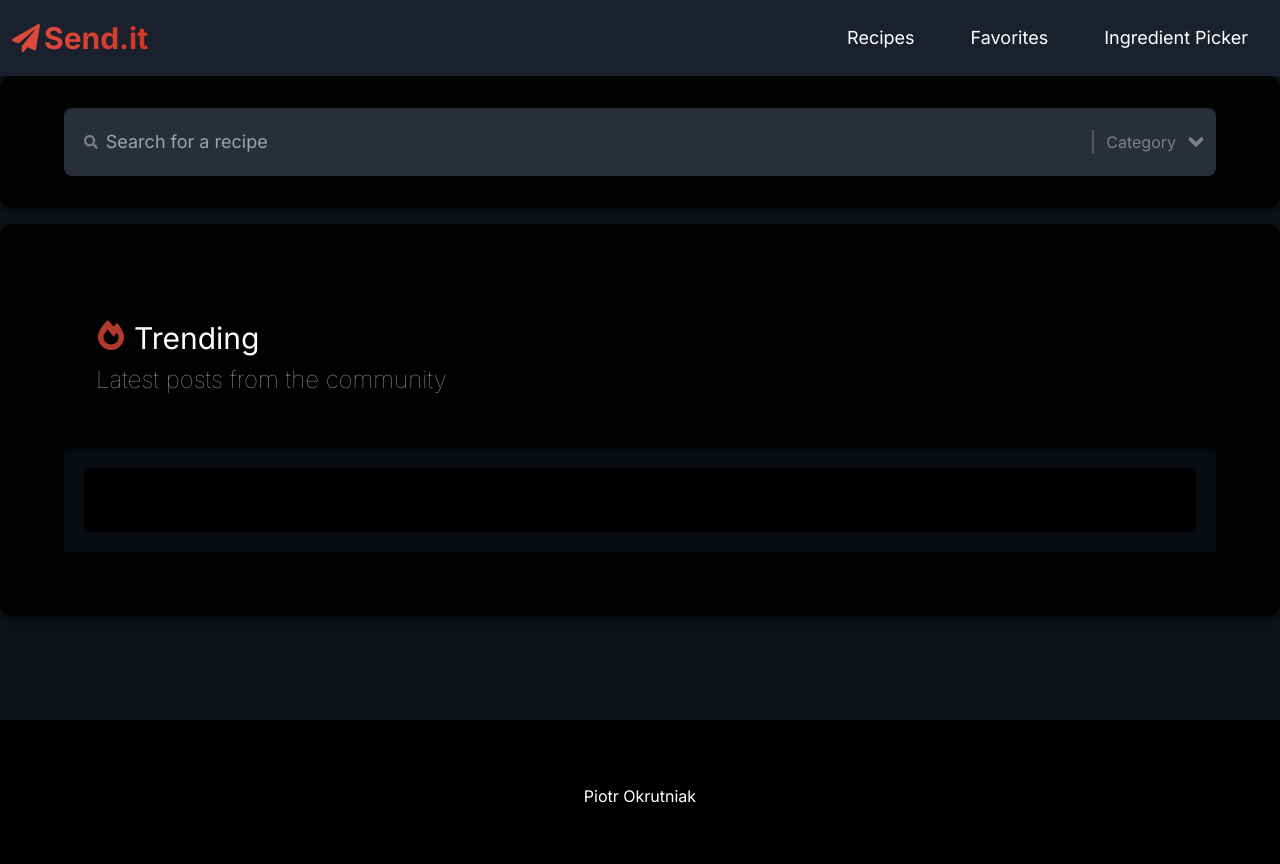
Repository: piotrokrutniak/recipefy
Page: /
An editor plug-in stored every save of this project. The page is shown before and after the next save, followed by the edit.
The browser window is 1280 px wide. The pictures show the whole page.
The page's requests for data from a server got no answer. The project was rebuilt for these pictures with package versions that can differ from the ones it lists, and the page was loaded fresh each time. The framework's server and built-in components were replaced by stand-ins that run in the browser. No one was signed in, and anything a server would have sent is missing. Also part of the build but not shown: next.config.js, src/app/integration/jsonApi/getUser.tsx, src/app/components/posts/post.tsx.

Above is the page before, as saved 2023-10-07 01:52:34.

### src/app/layout.tsx
import './globals.css'
import type { Metadata } from 'next'
import { Inter } from 'next/font/google'
import NavBar from './components/navbar/navbar'
import Footbar from './components/footbar/footbar'

const inter = Inter({ subsets: ['latin'] })

export const metadata: Metadata = {
  title: 'Recipefy',
  description: 'Website with the tastiest recipes!',
}

export default function RootLayout({
  children,
}: {
  children: React.ReactNode
}) {
  return (
    <html lang="en">
      <body className={`${inter.className} bg-black overflow-x-hidden`}>
        <div className="bg-slate-600/20 min-h-screen pb-4">
        <NavBar/>
        {children}
        </div>
        <Footbar/>
      </body>
    </html>
  )
}

### src/app/page.tsx
import Image, { StaticImageData } from 'next/image'
import { FaMugHot, FaCookieBite, FaHamburger, FaFireAlt, FaBookmark, FaRegBookmark } from 'react-icons/fa'
import CookingSvg from './components/svgComponents/CookingSvg'
import Rating from './components/generic/rating'
import Button from './components/generic/button'

import breakfast from '../../public/media/breakfast.jpg'
import lunch from '../../public/media/lunch.jpg'
import dessert from '../../public/media/dessert.jpg'
import strawberryCake from '../../public/media/recipes/strawberryCake.jpg'
import greekMeatLoaf from '../../public/media/recipes/greekMeatLoaf.jpg'
import vanillaIceCream from '../../public/media/recipes/vanillaIceCream.jpg'
import { useState } from 'react'
import { RecipeListing } from './components/generic/recipeListing'
import { Input } from 'postcss'
import SearchBar from './components/generic/searchBar'
import PostList from './components/generic/postList'

export default function Home() {
  return (
    <main className="flex flex-col m-auto gap-4">
      {/* <section id="header-section" className='max-w-7xl bg-black/90 m-auto w-full p-8 rounded-xl mt-4 shadow-md shadow-black/40'>
      </section> */}

      <section id="searchbar-section" className='max-w-7xl bg-black/90 px-7 m-auto w-full p-8 lg:px-16 rounded-xl shadow-md shadow-black/40 flex-col'>
        <SearchBar/>
      </section>

      <section id="top-picks-section" className='max-w-7xl bg-black/90 m-auto w-full md:p-8 rounded-xl shadow-md shadow-black/40 flex-col'>
        <div className="lg:p-8 pb-14 flex flex-col gap-5">
          <div className="p-8">
            <h1 className="text-3xl text-white flex gap-2 pb-2" > <FaFireAlt className="opacity-80 fill-vermilion-400"/> Trending</h1>
            <p className="text-2xl font-thin text-white/60 flex gap-2" > Latest posts from the community</p>
          </div>
          <div className="w-full h-fit p-5 bg-slate-800/25 flex flex-col gap-4 shadow-inner shadow-black/50">
            <PostList/>
          </div>
        </div>
      </section>
    </main>
  )
}

### src/app/globals.css
@tailwind base;
@tailwind components;
@tailwind utilities;

:root {}

@media (prefers-color-scheme: dark) {
  :root {}
}

body {}

### src/app/components/navbar/navbar.tsx
"use client"

import { FaPizzaSlice, FaBars, FaPaperPlane } from "react-icons/fa"
import { BsX } from "react-icons/bs"
import Button from "../generic/button"
import { useState } from "react"
import Link from "next/link"


export default function NavBar(){
    const [showMobile, setShowMobile] = useState(false)

    return(
        <div className="bg-black/80 sticky top-0 z-20 backdrop-blur-xl">
            <div className="w-full flex bg-slate-700/50 ">
                <div className="p-3 m-auto w-full flex max-w-7xl justify-between items-center">
                    <Link href="/">
                    <div className="flex gap-1 h-fit select-none cursor-pointer active:opacity-80 hover:border-b-2 hover:pb-1 active:pb-0
                            border-opacity-0 border-vermilion-400 hover:border-opacity-100 border-b-0 transition-all">
                        <FaPaperPlane className="h-full w-7 mt-1 fill-vermilion-400"/>
                        <h1 className="text-3xl font-bold text-transparent bg-clip-text bg-gradient-to-r from-vermilion-400 to-vermilion-500">Send.it</h1>
                    </div>
                    </Link>
                    <div className="hidden text-lg gap-4 md:flex">
                        <Button className="text-white bg-transparent active:bg-slate-100/5 hover:bg-slate-200/10" onClick={undefined}>
                            Recipes
                        </Button>
                        <Button className="text-white bg-transparent active:bg-slate-100/5 hover:bg-slate-200/10" onClick={undefined}>
                            Favorites
                        </Button>
                        <Button className="text-white bg-transparent active:bg-slate-100/5 hover:bg-slate-200/10" onClick={undefined}>
                            Ingredient Picker
                        </Button>
                    </div>
                    <div className="md:hidden">
                        <FaBars className="h-10 w-10 fill-white cursor-pointer hover:fill-vermilion-400 active:opacity-80" onClick={() => setShowMobile(true)}/>
                    </div>
                    <div className={`${showMobile ? "" : "translate-x-full"} absolute w-screen h-screen bg-black left-0 top-0 md:hidden transition-all z-50 ease-in-out`}>
                    <div id="mobile-header" className="flex flex-row-reverse w-full">
                        <BsX className="fill-white w-16 h-16 cursor-pointer hover:fill-vermilion-400" onClick={() => setShowMobile(false)}/>
                    </div>
                    <div id="mobile-body">XDDDDDDDDDDDDDDDDD</div>
                    </div>
                </div>
            </div>
        </div>
    )
}

### src/app/components/footbar/footbar.tsx
export default function Footbar(){
    return(
        <div className="w-full h-20 bg-black mt-16 text-center text-white">
            Piotr Okrutniak
        </div>
    )
}

### src/app/components/generic/searchBar.tsx
"use client"
import { Dispatch, SetStateAction, useState } from "react"
import { BsX } from "react-icons/bs"
import { FaSearch, FaAngleDown } from "react-icons/fa"

export default function SearchBar(){
    const [dropdownOpened, setDropdownOpened] = useState(false)
    const [chosenOption, setChosenOption] = useState("")

    function ToggleDropdownOpened(){
        setDropdownOpened(x => !x)
    }

    return(
        <div className="bg-slate-500/40 rounded-lg flex pl-5 gap-2 items-center focus-within:bg-slate-500/50 transition-colors ease-in">
            <FaSearch className="fill-slate-50/40"/>
            <input type="text" placeholder="Search for a recipe" className="bg-transparent p-5 pl-0 text-white w-full outline-none text-lg border-none"/>

            <div className="flex text-slate-50 cursor-pointer border-l-2 pl-3 border-white/20 relative">
                <div className="flex opacity-40 hover:opacity-60 active:opacity-40 transition-opacity" onClick={() => ToggleDropdownOpened()}>

                {chosenOption || "Category"}
                <FaAngleDown className={`${dropdownOpened ? "rotate-180" : ""} fill-slate-50 w-10 h-6 transition-all`}/>
                </div>

                <div className={`${dropdownOpened ? "block" : "hidden"} absolute top-14 right-0 h-44 w-56 bg-black rounded-lg overflow-hidden`}>
                    <div className="w-full h-full bg-slate-500/50 overflow-y-auto pt-0">
                        <DropdownOption toggleDropdownOpened={ToggleDropdownOpened} setChosenOption={setChosenOption} chosenOption={chosenOption} text="Breakfast"/>
                        <DropdownOption toggleDropdownOpened={ToggleDropdownOpened} setChosenOption={setChosenOption} chosenOption={chosenOption} text="Lunch"/>
                        <DropdownOption toggleDropdownOpened={ToggleDropdownOpened} setChosenOption={setChosenOption} chosenOption={chosenOption} text="Dessert"/>
                        <DropdownOption toggleDropdownOpened={ToggleDropdownOpened} setChosenOption={setChosenOption} chosenOption={chosenOption} text="Dinner"/>
                        <DropdownOption toggleDropdownOpened={ToggleDropdownOpened} setChosenOption={setChosenOption} chosenOption={chosenOption} text="Appetizer"/>
                        <DropdownOption toggleDropdownOpened={ToggleDropdownOpened} setChosenOption={setChosenOption} chosenOption={chosenOption} text="Pastries"/>
                    </div>
                </div>
            </div>
        </div>
    )
}

function DropdownOption({setChosenOption, toggleDropdownOpened, text, chosenOption} :
    {setChosenOption: Dispatch<SetStateAction<string>>, toggleDropdownOpened: () => void, text: string, chosenOption: string}){
    const [isChecked, setIsChecked] = useState(false)

    function UnCheck(): void{
        setChosenOption("")
        setIsChecked(false)
    }

    function Check(): void{
        setChosenOption(text)
        toggleDropdownOpened()
        setIsChecked(true)
    }

    return(
        <div className={`${chosenOption == text ? "bg-black/30 font-bold" : ""} hover:bg-slate-100/10 px-3 py-2 flex justify-between`}>
                <div className="w-full" onClick={() => Check()}>
                    {text}
                </div>
                <div className="flex">
                    {chosenOption == text ? <UncheckButton onClick={UnCheck}/> : <></>}
                </div>
        </div>
    )
}

function UncheckButton({onClick} : {onClick: () => void}){
    return(
    <BsX className="w-6 h-6 hover:fill-red-500 hover:scale-110 active:scale-100" onClick={() => onClick()}/>
    )
}

### src/app/components/generic/postList.tsx
"use client"

import GetPosts from "@/app/integration/jsonApi/getPosts"
import { Post } from "@/app/types"
import { Dispatch, SetStateAction, useEffect, useState } from "react"
import greekMeatLoaf from '../../../../public/media/breakfast.jpg'
import { PostItem } from "../posts/post"
import { count } from "console"

export default function PostList(){
    const [posts, setPosts] = useState<Post[]>([])
    const [page, setPage] = useState<number>(1)
    const [pages, setPages] = useState<number[]>([])
    const [count, setCount] = useState<number>(0)
    useEffect(() => {
        GetPosts(page)
            .then(x => {
                setPosts([...x.body]);
                setCount(Number.parseInt(x.count));
                return x
            })
            .then((x) => setPages([...GeneratePages(page, Number.parseInt(x.count))]))
    }, [page])

    return(
        <div className="text-white flex flex-col gap-5">
            {posts.map(x =>
                <PostItem
                    post={x}/>
            )}
            <div className="flex justify-center w-full bg-black p-8 rounded-md gap-2">
                <PaginationPanel page={page} setPage={setPage} pages={pages}/>
            </div>
        </div>
    )
}

function PaginationPanel({page, setPage, pages} : {
        page: number;
        setPage: Dispatch<SetStateAction<number>>;
        pages: number[]
    }){

        console.log(pages)

    return(
        pages.map(x =>
            <PageButton index={x} active={page == x} setPage={setPage}/>
        )
    )
}

function PageButton({index, active, setPage} : {
    index: number;
    active: boolean;
    setPage: Dispatch<SetStateAction<number>>;
    }){

    return(
        <div className={`${active ? "bg-sky-600" : "bg-slate-300/40"} p-4 h-10 w-10 aspect-square
            flex justify-center items-center rounded-md cursor-pointer select-none
            opacity-80 hover:opacity-100 active:opacity-60`}
            onClick={() => setPage(index)}>
            {index}
        </div>
    )
}

function GeneratePages(page: number, count: number){
    let start = 1
    let pages: number[] = []
    let maxPage = count/10

    if(page>3){
        start = page - 2
    }
    if(maxPage - page < 3){
        start = maxPage - 4
    }

    let i = start

    while(i < start + 5){
        pages.push(i)
        i++
    }

    return pages
}

### src/app/components/generic/button.tsx
import { MouseEventHandler } from "react";

export default function Button({ children, className, onClick, disabled } : { children: React.ReactNode, className: string, onClick: undefined | MouseEventHandler<HTMLButtonElement>, disabled?: boolean }){
    return(
        <button className={`${className} px-5 py-3 rounded-lg bg-blue-500 bg-opacity-90 active:bg-opacity-80 hover:bg-opacity-100 cursor-pointer transition-all flex items-center gap-2 place-items-center`}
            onClick={onClick}
            disabled={disabled}>
            {children}
        </button>
    )
}

### src/app/integration/jsonApi/getPosts.tsx

export default async function GetPosts(page: number = 1){
    let response = await fetch(`https://jsonplaceholder.typicode.com/posts?_page=${page}`,
                        {
                            method: 'GET',
                            mode: 'cors',
                            headers:{
                                'Content-Type': 'application/json'
                            },
                        }
    )

    let body = await response.json()
    let headers = response.headers

    return {body: body, count: headers.get("x-total-count") ?? "0"}
}

### tailwind.config.js
/** @type {import('tailwindcss').Config} */

const { capitalizeFirst } = require('./src/app/tailwind/capitalizeFirst');

module.exports = {
  content: [
    './src/pages/**/*.{js,ts,jsx,tsx,mdx}',
    './src/components/**/*.{js,ts,jsx,tsx,mdx}',
    './src/app/**/*.{js,ts,jsx,tsx,mdx}',
  ],
  theme: {
    extend: {
      backgroundImage: {
        'gradient-radial': 'radial-gradient(var(--tw-gradient-stops))',
        'gradient-conic':
          'conic-gradient(from 180deg at 50% 50%, var(--tw-gradient-stops))',
      },
      height:{
        '112': '28rem',
        '128': '32rem',
      },
      width:{
        '112': '28rem',
        '128': '32rem',
      },
      colors:{
        "emerald":{
          "50": "#b0fde8",
          "100": "#60FBD2",
          "200": "#24F9C1",
          "400": "#06EFB1",
          "500": "#06d6a0",
        },
        "paygray":{
          "50": "#CED9DE",
          "100": "#aabcc5",
          "200": "#7996A4",
          "400": "#638292",
          "500": "#5A7684",
        },
        "vermilion":{
          "50": "#f0afa8",
          "100": "#ea8f85",
          "200": "#E06052",
          "400": "#dc493a",
          "500": "#d03625",
        },

      },
      minWidth:{
        'mobile': '360px',
        '54': '258px',
      },
      screens:{
        'xs': '580px',
        '850': '850px',
      },
    },
  },
  plugins: [capitalizeFirst],
}

After the next save:
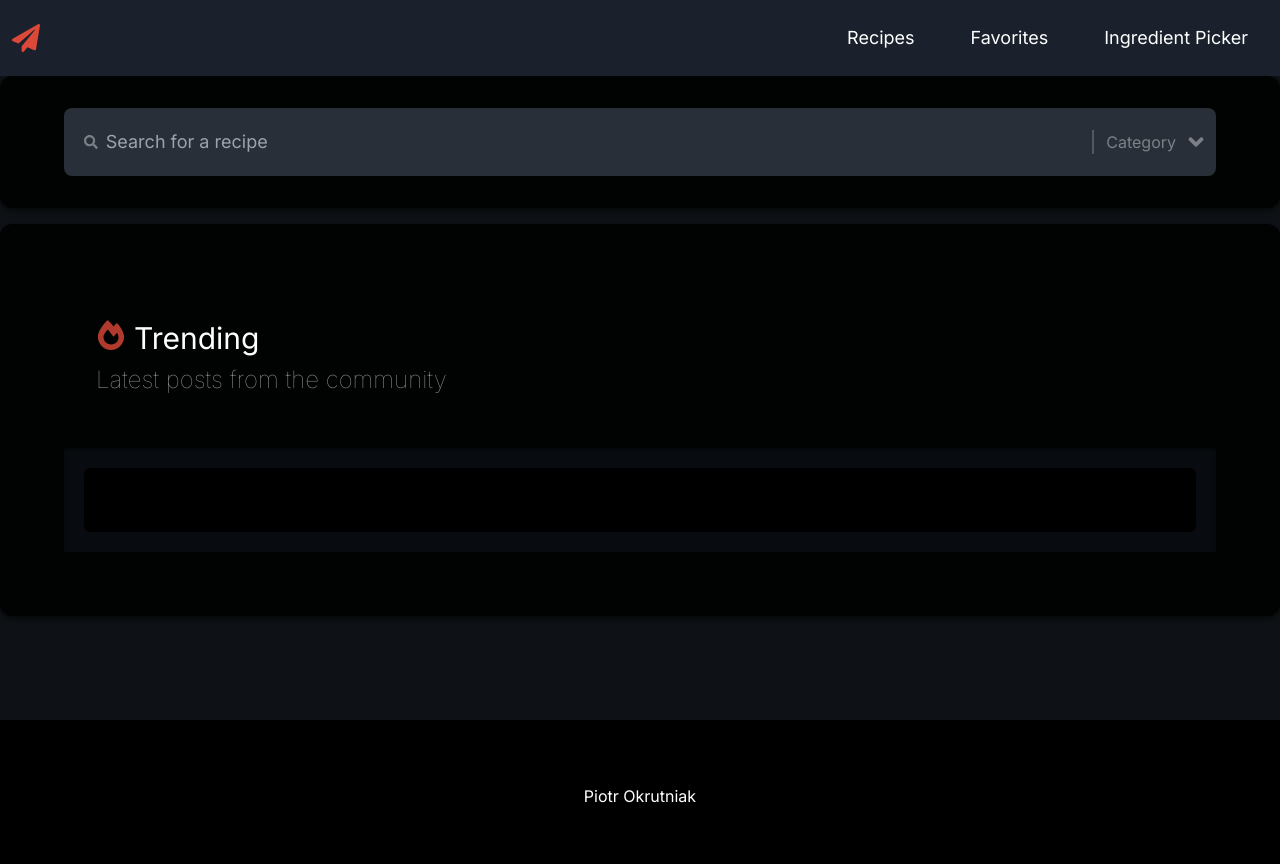
Saved 16 s later.
--- a/src/app/components/navbar/navbar.tsx
+++ b/src/app/components/navbar/navbar.tsx
@@ -18,7 +18,7 @@ export default function NavBar(){
                     <div className="flex gap-1 h-fit select-none cursor-pointer active:opacity-80 hover:border-b-2 hover:pb-1 active:pb-0
                             border-opacity-0 border-vermilion-400 hover:border-opacity-100 border-b-0 transition-all">
                         <FaPaperPlane className="h-full w-7 mt-1 fill-vermilion-400"/>
-                        <h1 className="text-3xl font-bold text-transparent bg-clip-text bg-gradient-to-r from-vermilion-400 to-vermilion-500">Send.it</h1>
+                        <h1 className="text-3xl font-bold text-transparent bg-clip-text hover:bg-gradient-to-r from-vermilion-400 to-vermilion-500">Send.it</h1>
                     </div>
                     </Link>
                     <div className="hidden text-lg gap-4 md:flex">
